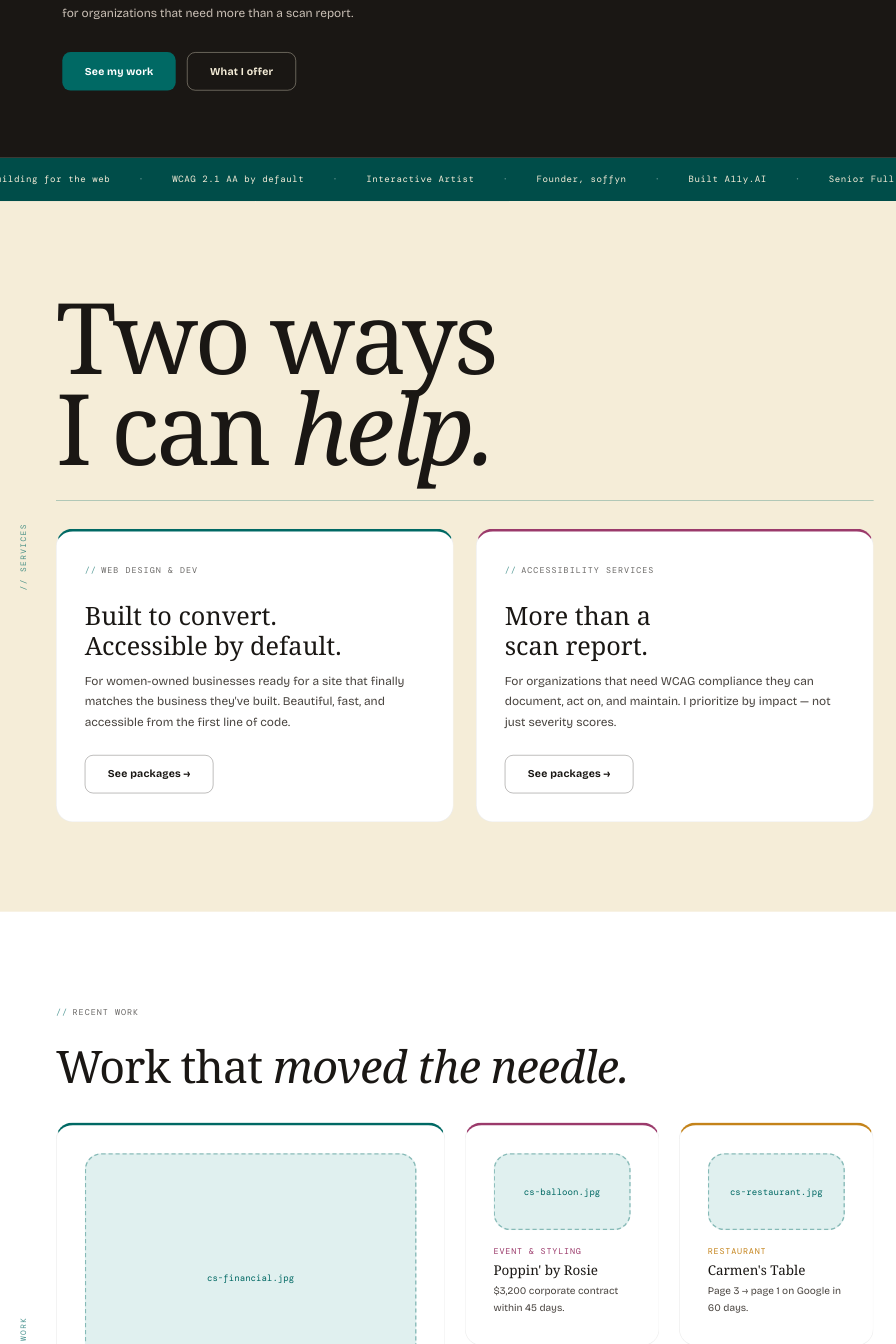
Repository: akiachenise/developed-by-akia
Page: index.html
These files come from the project's save history. The page is drawn as it stood at one moment and after the next save; the edit follows.
The browser window is 1280 px wide. The pictures show the part of the page from y = 659 to 2579 px (the page is 5464 px tall before and 5735 px after), at 70% of full size.
Some web fonts or font styles are not loaded; a fallback is used.

Above is the page before, as saved 2026-04-18 10:02:43.

### index.html
<!doctype html>
<html lang="en">
  <head>
    <meta charset="UTF-8" />
    <meta name="viewport" content="width=device-width, initial-scale=1.0" />
    <title>
      Developed By Akia — Accessible Web Design for Women-Owned Businesses
    </title>
    <meta
      name="description"
      content="I build accessible, high-converting websites for women-owned businesses and accessibility compliance services for organizations. WCAG 2.1 AA by default."
    />
    <meta property="og:title" content="Developed By Akia" />
    <meta
      property="og:description"
      content="Accessible web design for women-owned businesses. WCAG 2.1 AA by default."
    />
    <meta property="og:url" content="https://developedbyakia.com" />
    <link rel="canonical" href="https://developedbyakia.com" />
    <link rel="preconnect" href="https://fonts.googleapis.com" />
    <link rel="preconnect" href="https://fonts.gstatic.com" crossorigin />
    <link
      href="https://fonts.googleapis.com/css2?family=Bricolage+Grotesque:opsz,wght@12..96,400;12..96,500;12..96,700&family=DM+Mono:wght@400&family=Instrument+Serif:ital@0;1&display=swap"
      rel="stylesheet"
    />
    <link rel="stylesheet" href="/css/reset.css" />
    <link rel="stylesheet" href="/css/tokens.css" />
    <link rel="stylesheet" href="/css/main.css" />
    <script type="application/ld+json">
      {
        "@context": "https://schema.org",
        "@type": "LocalBusiness",
        "name": "Developed By Akia LLC",
        "url": "https://developedbyakia.com",
        "description": "Web development and accessibility consultancy for women-owned businesses.",
        "founder": { "@type": "Person", "name": "Akia Young" },
        "serviceType": [
          "Web Design",
          "Web Development",
          "Accessibility Engineering"
        ]
      }
    </script>
  </head>
  <body>
    <a href="#main" class="skip-nav">Skip to main content</a>

    <header class="site-header" id="site-header">
      <a href="/" class="logo" aria-label="Developed By Akia — home">
        <span class="logo-slash">//</span>
        <span class="logo-name">Developed By Akia</span>
      </a>
      <nav class="site-nav" aria-label="Main navigation">
        <a href="/" aria-current="page">Home</a>
        <a href="/services.html">Services</a>
        <a href="/portfolio.html">Portfolio</a>
        <a href="/built.html">// things I built</a>
        <a href="/about.html">About</a>
        <a href="/contact.html" class="btn btn-primary nav-cta">Let's build</a>
      </nav>
      <button
        class="hamburger"
        aria-label="Open menu"
        aria-expanded="false"
        aria-controls="mobile-nav"
      >
        <span></span><span></span><span></span>
      </button>
    </header>

    <div
      class="mobile-nav-overlay"
      id="mobile-nav"
      role="dialog"
      aria-label="Mobile navigation"
      aria-modal="true"
    >
      <button class="mobile-nav-close" aria-label="Close menu">✕</button>
      <a href="/">Home</a>
      <a href="/services.html">Services</a>
      <a href="/portfolio.html">Portfolio</a>
      <a href="/built.html">// things I built</a>
      <a href="/about.html">About</a>
      <a href="/contact.html">Let's build</a>
    </div>

    <main id="main">
      <!-- HERO -->
      <section
        class="section section--dark hero-section"
        aria-label="Introduction"
      >
        <span class="section-label-vertical" aria-hidden="true"
          >// Web Dev · Accessibility · Art</span
        >
        <div class="section-inner">
          <p class="section-label">
            <span class="slash">//</span> Developed By Akia
          </p>
          <h1
            class="display-hero"
            style="color: var(--color-parchment); max-width: 14ch"
          >
            Websites that work for <em>everyone.</em>
          </h1>
          <p class="hero-subtext">
            I build accessible, high-converting websites for women-owned
            businesses — and accessibility compliance services for organizations
            that need more than a scan report.
          </p>
          <div class="hero-ctas">
            <a href="/portfolio.html" class="btn btn-primary">See my work</a>
            <a href="/services.html" class="btn btn-ghost-light"
              >What I offer</a
            >
          </div>
        </div>
      </section>

      <!-- TRUST BAR -->
      <section
        class="section section--teal-dark"
        style="padding: 0"
        aria-label="Credentials"
      >
        <div class="marquee-wrapper">
          <div class="marquee-track" aria-hidden="true">
            <span>20 years building for the web</span>
            <span class="marquee-dot">·</span>
            <span>WCAG 2.1 AA by default</span>
            <span class="marquee-dot">·</span>
            <span>Interactive Artist</span>
            <span class="marquee-dot">·</span>
            <span>Founder, soffyn</span>
            <span class="marquee-dot">·</span>
            <span>Built A11y.AI</span>
            <span class="marquee-dot">·</span>
            <span>Senior Full Stack Developer</span>
            <span class="marquee-dot">·</span>
            <span>Accessibility Engineering</span>
            <span class="marquee-dot">·</span>
            <span>Women-Owned Business Specialist</span>
            <span class="marquee-dot">·</span>
            <span>20 years building for the web</span>
            <span class="marquee-dot">·</span>
            <span>WCAG 2.1 AA by default</span>
            <span class="marquee-dot">·</span>
            <span>Interactive Artist</span>
            <span class="marquee-dot">·</span>
            <span>Founder, soffyn</span>
            <span class="marquee-dot">·</span>
            <span>Built A11y.AI</span>
            <span class="marquee-dot">·</span>
            <span>Senior Full Stack Developer</span>
            <span class="marquee-dot">·</span>
            <span>Accessibility Engineering</span>
            <span class="marquee-dot">·</span>
            <span>Women-Owned Business Specialist</span>
            <span class="marquee-dot">·</span>
          </div>
        </div>
      </section>

      <!-- SERVICES -->
      <section class="section section--parchment section--has-label">
        <span class="section-label-vertical" aria-hidden="true"
          >// Services</span
        >
        <div class="section-inner">
          <h2 class="display-hero" style="margin-bottom: 0.25em">
            Two ways I can <em>help.</em>
          </h2>
          <hr class="divider-teal" />
          <div class="grid-2">
            <div class="card card--teal">
              <p class="section-label">
                <span class="slash">//</span> Web Design & Dev
              </p>
              <h3 class="display-md" style="margin-bottom: 1rem">
                Built to convert.<br />Accessible by default.
              </h3>
              <p
                style="
                  color: var(--color-text-muted-light);
                  margin-bottom: 2rem;
                "
              >
                For women-owned businesses ready for a site that finally matches
                the business they've built. Beautiful, fast, and accessible from
                the first line of code.
              </p>
              <a href="/services.html" class="btn btn-ghost-dark"
                >See packages →</a
              >
            </div>
            <div class="card card--berry">
              <p class="section-label">
                <span class="slash">//</span> Accessibility Services
              </p>
              <h3 class="display-md" style="margin-bottom: 1rem">
                More than a<br />scan report.
              </h3>
              <p
                style="
                  color: var(--color-text-muted-light);
                  margin-bottom: 2rem;
                "
              >
                For organizations that need WCAG compliance they can document,
                act on, and maintain. I prioritize by impact — not just severity
                scores.
              </p>
              <a href="/services.html#accessibility" class="btn btn-ghost-dark"
                >See packages →</a
              >
            </div>
          </div>
        </div>
      </section>

      <!-- PORTFOLIO PREVIEW -->
      <section class="section section--white section--has-label">
        <span class="section-label-vertical" aria-hidden="true">// Work</span>
        <div class="section-inner">
          <p class="section-label"><span class="slash">//</span> Recent work</p>
          <h2 class="display-lg" style="margin-bottom: 3rem">
            Work that <em>moved the needle.</em>
          </h2>
          <div class="grid-asymmetric">
            <article class="card card--teal" data-category="web-design">
              <div
                class="img-placeholder img-placeholder--wide"
                role="img"
                aria-label="Novak Financial Group website project — replace with cs-financial.jpg"
              >
                cs-financial.jpg
              </div>
              <p
                style="
                  font-family: var(--font-mono);
                  font-size: 0.75rem;
                  color: var(--color-teal);
                  margin-top: 1.5rem;
                  letter-spacing: 0.1em;
                  text-transform: uppercase;
                "
              >
                Financial Consulting
              </p>
              <h3 class="display-md" style="margin: 0.5rem 0 0.75rem">
                Novak Financial Group
              </h3>
              <p
                style="
                  color: var(--color-text-muted-light);
                  margin-bottom: 1.5rem;
                "
              >
                40% bounce rate reduction. Zero accessibility violations at
                launch.
              </p>
              <a href="/portfolio.html#novak" class="btn btn-ghost-dark"
                >View case study →</a
              >
            </article>
            <article class="card card--berry" data-category="web-design">
              <div
                class="img-placeholder img-placeholder--landscape"
                role="img"
                aria-label="Poppin by Rosie website project — replace with cs-balloon.jpg"
              >
                cs-balloon.jpg
              </div>
              <p
                style="
                  font-family: var(--font-mono);
                  font-size: 0.75rem;
                  color: var(--color-berry);
                  margin-top: 1.25rem;
                  letter-spacing: 0.1em;
                  text-transform: uppercase;
                "
              >
                Event & Styling
              </p>
              <h3 style="font-size: 1.2rem; margin: 0.4rem 0 0.5rem">
                Poppin' by Rosie
              </h3>
              <p
                style="color: var(--color-text-muted-light); font-size: 0.9rem"
              >
                $3,200 corporate contract within 45 days.
              </p>
            </article>
            <article class="card card--amber" data-category="web-design">
              <div
                class="img-placeholder img-placeholder--landscape"
                role="img"
                aria-label="Carmens Table website project — replace with cs-restaurant.jpg"
              >
                cs-restaurant.jpg
              </div>
              <p
                style="
                  font-family: var(--font-mono);
                  font-size: 0.75rem;
                  color: var(--color-amber);
                  margin-top: 1.25rem;
                  letter-spacing: 0.1em;
                  text-transform: uppercase;
                "
              >
                Restaurant
              </p>
              <h3 style="font-size: 1.2rem; margin: 0.4rem 0 0.5rem">
                Carmen's Table
              </h3>
              <p
                style="color: var(--color-text-muted-light); font-size: 0.9rem"
              >
                Page 3 → page 1 on Google in 60 days.
              </p>
            </article>
          </div>
          <div style="margin-top: 3rem">
            <a href="/portfolio.html" class="btn btn-ghost-dark"
              >See all work →</a
            >
          </div>
        </div>
      </section>

      <!-- THINGS I BUILT -->
      <section class="section section--dark section--has-label" id="built">
        <span class="section-label-vertical" aria-hidden="true"
          >// Built by me</span
        >
        <div class="section-inner">
          <p class="section-label">
            <span class="slash">//</span> things I built
          </p>
          <h2
            class="display-hero"
            style="color: var(--color-parchment); margin-bottom: 3rem"
          >
            Not client work.<br /><em style="font-size: 1.25em">Mine.</em>
          </h2>
          <div class="grid-2">
            <div class="card card--dark card--teal">
              <h3
                class="display-md"
                style="
                  color: var(--color-parchment);
                  margin-bottom: 1rem;
                  font-style: italic;
                "
              >
                soffyn
              </h3>
              <p
                style="
                  color: var(--color-text-muted-dark);
                  margin-bottom: 1.5rem;
                "
              >
                A wellness app built specifically for Black women — and for
                anyone who's felt like existing tools weren't made for the way
                they think or feel. No streaks. No shame. No pressure. Launching
                September 2026.
              </p>
              <div
                style="
                  display: flex;
                  gap: 0.5rem;
                  flex-wrap: wrap;
                  margin-bottom: 1.75rem;
                "
              >
                <span class="tag tag--teal">Wellness</span>
                <span class="tag tag--teal">Mobile App</span>
                <span class="tag tag--teal">Sept 2026</span>
              </div>
              <a
                href="https://soffyn.com"
                class="btn btn-primary"
                target="_blank"
                rel="noopener"
                >Visit soffyn →</a
              >
            </div>
            <div class="card card--dark card--berry">
              <h3
                class="display-md"
                style="color: var(--color-parchment); margin-bottom: 1rem"
              >
                A11y.AI
              </h3>
              <p
                style="
                  color: var(--color-text-muted-dark);
                  margin-bottom: 1.5rem;
                "
              >
                An AI-powered alt text generator built at the Sitecore Symposium
                Hackathon. Generates contextually accurate,
                screen-reader-optimized alt text from uploaded images. In
                production consideration.
              </p>
              <div
                style="
                  display: flex;
                  gap: 0.5rem;
                  flex-wrap: wrap;
                  margin-bottom: 1.75rem;
                "
              >
                <span class="tag tag--berry">Accessibility</span>
                <span class="tag tag--berry">AI</span>
                <span class="tag tag--berry">Hackathon</span>
              </div>
              <a href="#" class="btn btn-berry">Learn more →</a>
            </div>
          </div>
        </div>
      </section>

      <!-- ABOUT STRIP -->
      <section
        class="section section--parchment"
        style="position: relative; overflow: hidden"
      >
        <span class="slash-accent" aria-hidden="true">//</span>
        <div class="section-inner">
          <div class="split--offset">
            <div>
              <p class="section-label"><span class="slash">//</span> About</p>
              <blockquote class="pull-quote" style="margin-bottom: 2.5rem">
                "Before I write a single line of code, I sit with you and figure
                out what your site actually needs to do."
              </blockquote>
              <p
                style="
                  color: var(--color-text-muted-light);
                  margin-bottom: 2rem;
                  max-width: 480px;
                "
              >
                I'm Akia — an interactive artist, software engineer, and
                accessibility engineer who's been building things on the
                internet for 20 years.
              </p>
              <a href="/about.html" class="btn btn-ghost-dark"
                >More about me →</a
              >
            </div>
            <div>
              <div
                class="img-placeholder"
                style="aspect-ratio: 4/5"
                role="img"
                aria-label="Photo of Akia Young — replace with headshot"
              >
                About photo<br /><small>Replace with headshot</small>
              </div>
            </div>
          </div>
        </div>
      </section>

      <!-- CONTACT CTA -->
      <section
        class="section section--berry"
        style="position: relative; overflow: hidden"
      >
        <span
          aria-hidden="true"
          style="
            font-family: var(--font-mono);
            font-size: clamp(8rem, 20vw, 18rem);
            color: rgba(245, 237, 216, 0.06);
            position: absolute;
            top: 50%;
            left: -2rem;
            transform: translateY(-50%);
            line-height: 1;
            pointer-events: none;
            user-select: none;
          "
          >//</span
        >
        <div
          class="section-inner"
          style="text-align: center; position: relative; z-index: 1"
        >
          <h2
            class="display-lg"
            style="color: var(--color-parchment); margin-bottom: 1.5rem"
          >
            Ready to build <em>something?</em>
          </h2>
          <p
            style="
              color: rgba(245, 237, 216, 0.8);
              max-width: 480px;
              margin: 0 auto 2.5rem;
              font-size: 1.0625rem;
            "
          >
            I
          </p>
        </div>
      </section>
    </main>
  </body>
</html>

### css/reset.css
*,
*::before,
*::after {
  box-sizing: border-box;
  margin: 0;
  padding: 0;
}

html {
  font-size: 100%;
  scroll-behavior: smooth;
}

body {
  font-family: var(--font-body);
  font-size: 1.0625rem;
  line-height: 1.7;
  color: var(--color-text-on-light);
  background: var(--color-parchment);
  -webkit-font-smoothing: antialiased;
}

img {
  max-width: 100%;
  height: auto;
  display: block;
}

a {
  color: inherit;
}

button {
  font-family: inherit;
  cursor: pointer;
  border: none;
  background: none;
}

ul,
ol {
  list-style: none;
}

h1,
h2,
h3,
h4 {
  font-family: var(--font-heading);
  line-height: 1.05;
  font-weight: 400;
  text-wrap: balance;
}

### css/tokens.css
:root {
  --color-dark: #1a1714;
  --color-dark-mid: #2d2926;
  --color-teal: #006964;
  --color-teal-dark: #004d49;
  --color-teal-light: #e0f0ef;
  --color-berry: #9b3a6b;
  --color-berry-dark: #72294e;
  --color-berry-light: #f5e0ed;
  --color-parchment: #f5edd8;
  --color-parchment-dark: #ede3c8;
  --color-amber: #c4831a;
  --color-white: #ffffff;
  --color-text-on-dark: #f5edd8;
  --color-text-on-light: #1a1714;
  --color-text-muted-light: #4a4540;
  --color-text-muted-dark: #c8beb4;

  --font-heading: "Instrument Serif", Georgia, serif;
  --font-body: "Bricolage Grotesque", system-ui, sans-serif;
  --font-mono: "DM Mono", monospace;

  --radius-sm: 4px;
  --radius-md: 12px;
  --radius-lg: 24px;

  --max-width: 1200px;
  --content-width: 760px;

  --section-padding: 8rem 2rem;
  --section-padding-mobile: 4rem 1.25rem;

  --rotate-subtle: -1.5deg;
}

Loaded but not shown: js/main.js (277 lines, source omitted); css/main.css (675 lines, source omitted)

After the next save:
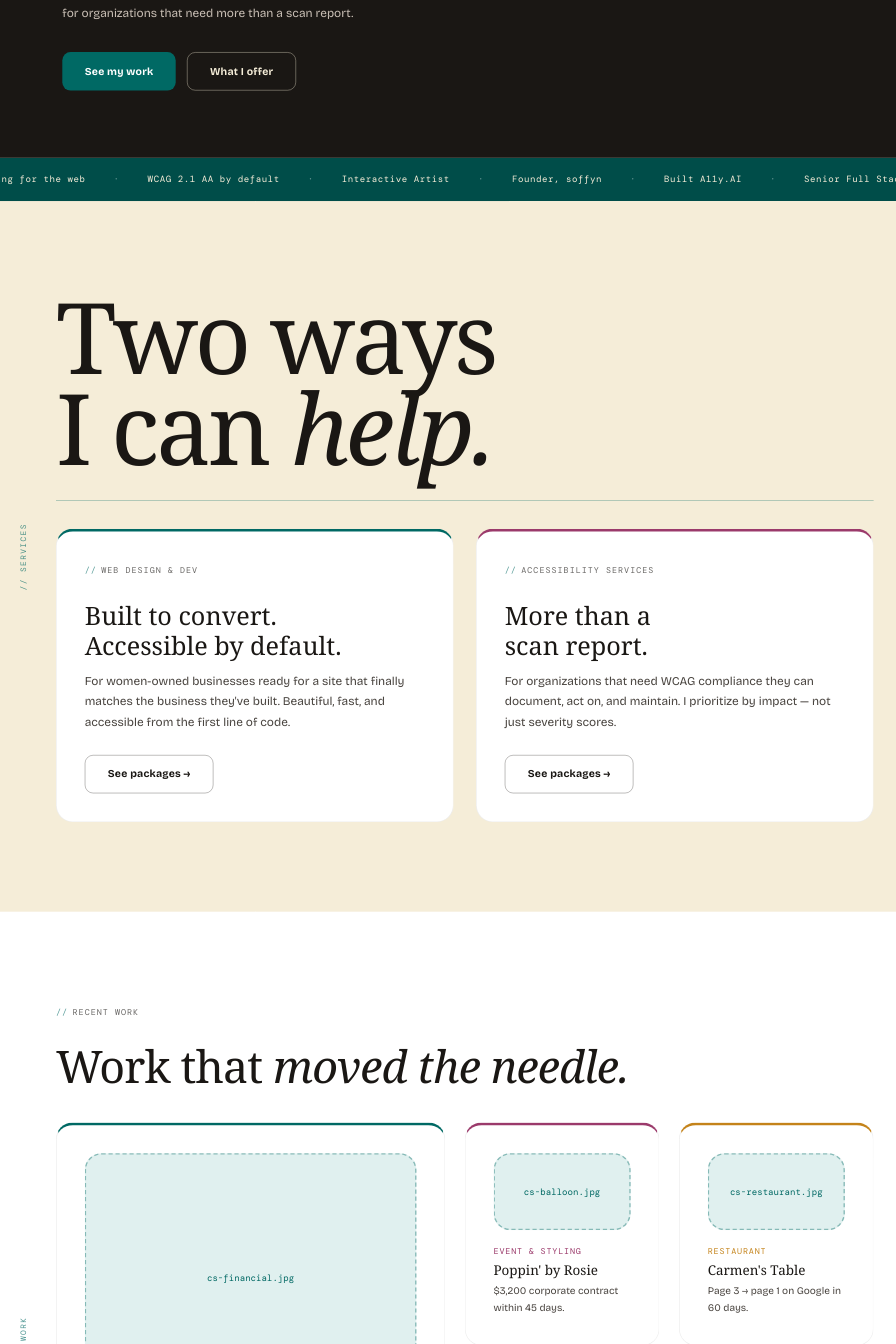
Saved 10 s later.
--- a/index.html
+++ b/index.html
@@ -506,10 +506,51 @@
               font-size: 1.0625rem;
             "
           >
-            I
+            I take on a limited number of projects at a time. If you're ready to
+            invest in a site that works for every user, let's talk.
           </p>
+          <a
+            href="/contact.html"
+            class="btn btn-parchment"
+            style="transform: rotate(-0.75deg); display: inline-flex"
+            >Let's build →</a
+          >
         </div>
       </section>
     </main>
+
+    <footer class="site-footer" role="contentinfo">
+      <div class="footer-inner">
+        <div class="footer-left">
+          <a href="/" class="logo" aria-label="Developed By Akia home">
+            <span class="logo-slash">//</span>
+            <span class="logo-name">Developed By Akia</span>
+          </a>
+          <p class="footer-tagline">
+            Accessibility is the default, not an add-on.
+          </p>
+          <p class="footer-copy">© Developed By Akia LLC</p>
+        </div>
+        <nav class="footer-nav" aria-label="Footer navigation">
+          <a href="/services.html">Services</a>
+          <a href="/portfolio.html">Portfolio</a>
+          <a href="/built.html">// things I built</a>
+          <a href="/about.html">About</a>
+          <a href="/blog/">Blog</a>
+          <a href="/contact.html">Contact</a>
+        </nav>
+        <div class="footer-social">
+          <a
+            href="https://www.linkedin.com/in/akiayoung"
+            target="_blank"
+            rel="noopener"
+            aria-label="Akia Young on LinkedIn"
+            >LinkedIn →</a
+          >
+        </div>
+      </div>
+    </footer>
+
+    <script src="/js/main.js"></script>
   </body>
 </html>
